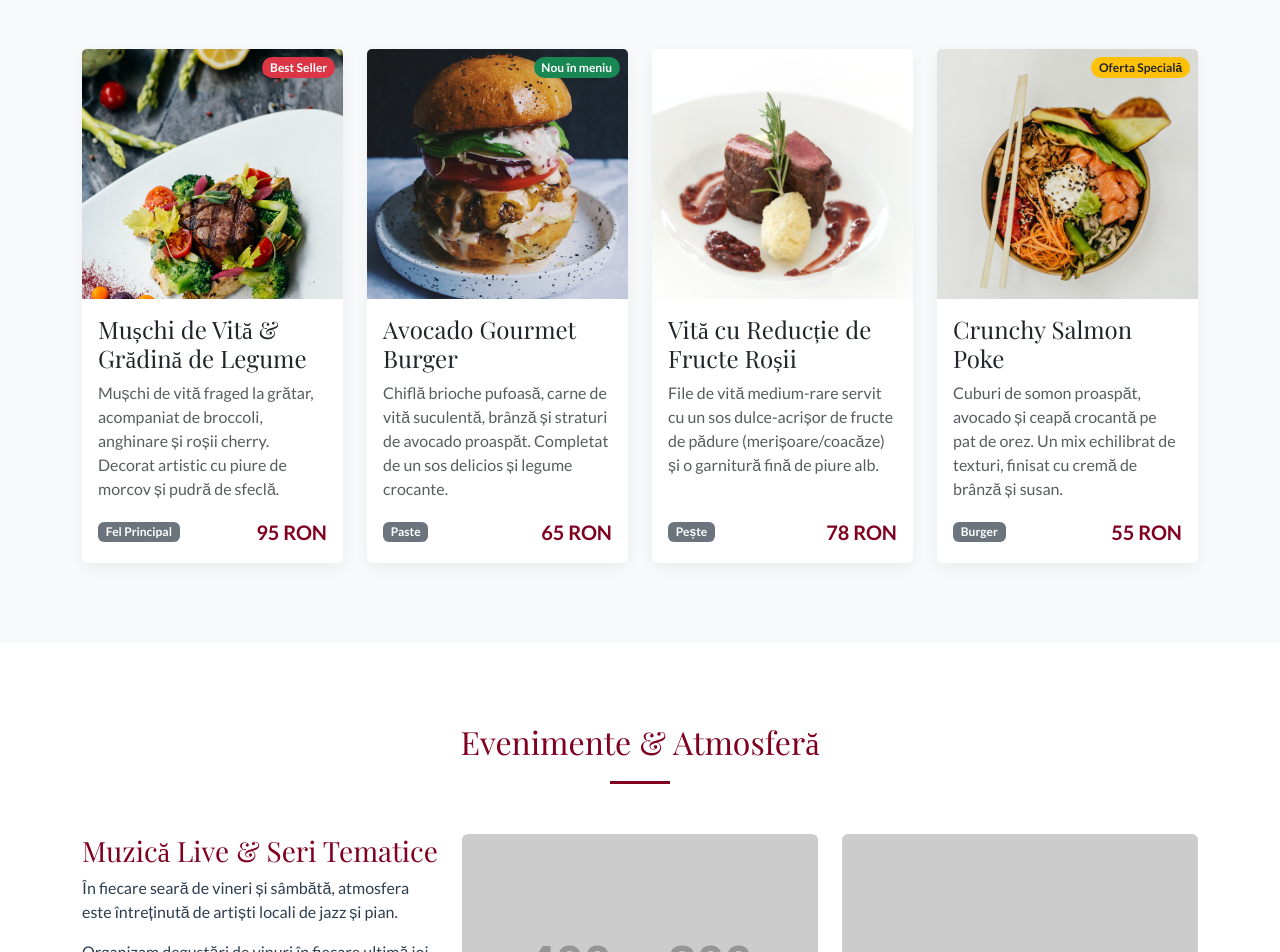
Repository: 912-Comsa-Teodora/bistrot-restaurant
Page: restaurant/index.html
An editor plug-in stored every save of this project. The page is shown before and after the next save, followed by the edit.
The browser window is 1280 px wide. The pictures show the part of the page from y = 1279 to 2231 px (the page is 3102 px tall).
A picture or video elsewhere on the page could not be fetched, so the positions and the page height are approximate.

Above is the page before, as saved 2026-01-17 13:49:53.

After the next save:
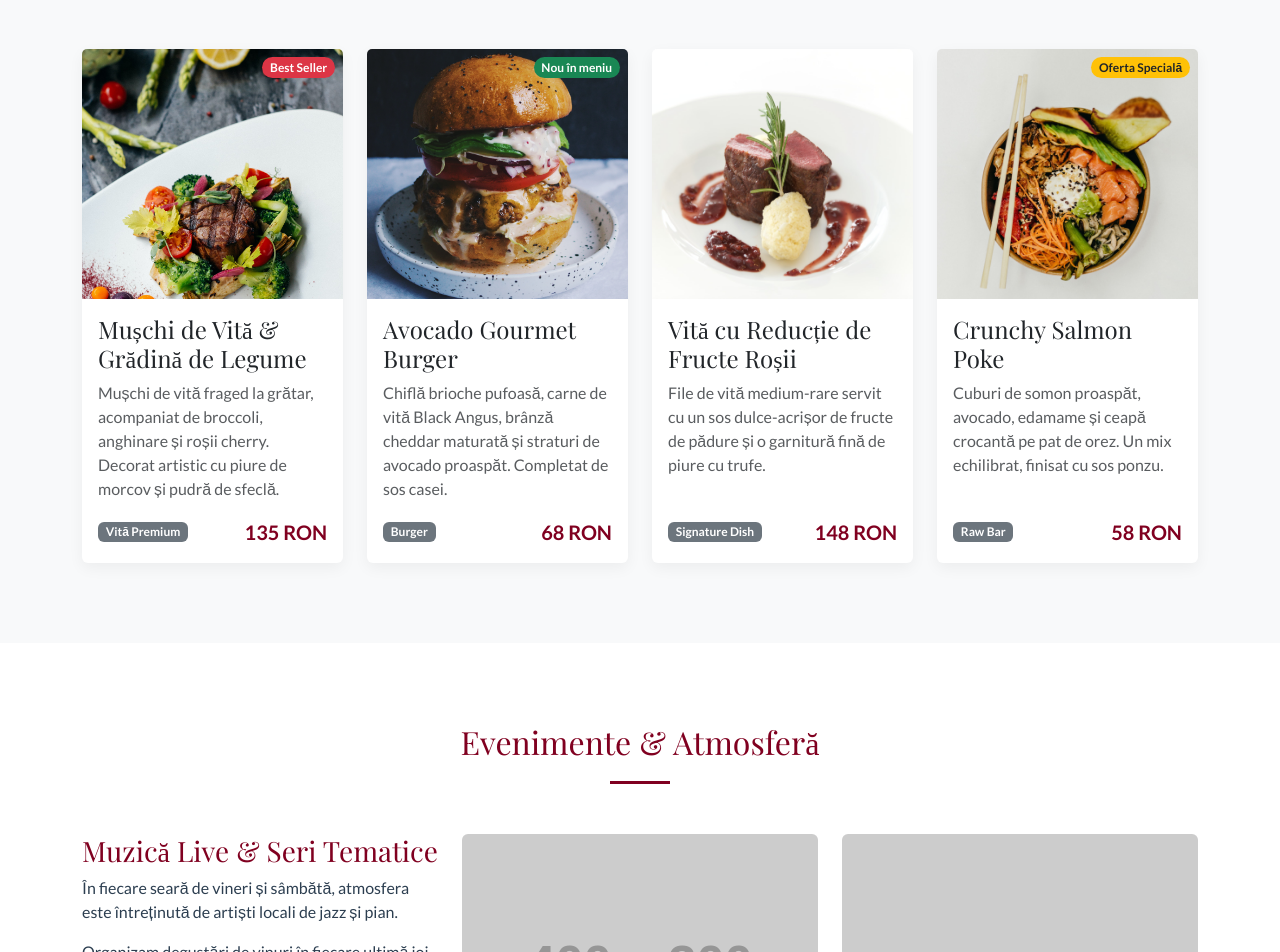
Saved 2 min 14 s later.
--- a/restaurant/index.html
+++ b/restaurant/index.html
@@ -264,8 +264,8 @@
                             <h4 class="card-title">Mușchi de Vită & Grădină de Legume</h4>
                             <p class="card-text text-muted">Mușchi de vită fraged la grătar, acompaniat de broccoli, anghinare și roșii cherry. Decorat artistic cu piure de morcov și pudră de sfeclă.</p>
                             <div class="mt-auto d-flex justify-content-between align-items-center">
-                                <span class="badge bg-secondary">Fel Principal</span>
-                                <span class="price-tag">95 RON</span>
+                                <span class="badge bg-secondary">Vită Premium</span>
+                                <span class="price-tag">135 RON</span>
                             </div>
                         </div>
                     </div>
@@ -276,13 +276,13 @@
                          <span class="position-absolute top-0 end-0 badge rounded-pill bg-success m-2">
                             Nou în meniu
                         </span>
-                        <img src="pictures/avocado-gourmet-burger.jpg" class="card-img-top" alt="Paste proaspete cu trufe negre">
+                        <img src="pictures/avocado-gourmet-burger.jpg" class="card-img-top" alt="Burger Gourmet">
                         <div class="card-body d-flex flex-column">
                             <h4 class="card-title">Avocado Gourmet Burger</h4>
-                            <p class="card-text text-muted">Chiflă brioche pufoasă, carne de vită suculentă, brânză și straturi de avocado proaspăt. Completat de un sos delicios și legume crocante.</p>
+                            <p class="card-text text-muted">Chiflă brioche pufoasă, carne de vită Black Angus, brânză cheddar maturată și straturi de avocado proaspăt. Completat de sos casei.</p>
                             <div class="mt-auto d-flex justify-content-between align-items-center">
-                                <span class="badge bg-secondary">Paste</span>
-                                <span class="price-tag">65 RON</span>
+                                <span class="badge bg-secondary">Burger</span>
+                                <span class="price-tag">68 RON</span>
                             </div>
                         </div>
                     </div>
@@ -290,13 +290,13 @@
 
                 <div class="col-md-6 col-lg-3">
                     <div class="card h-100">
-                        <img src="pictures/vita-cu-fructe-rosii.jpg" class="card-img-top" alt="File de peste cu legume">
+                        <img src="pictures/vita-cu-fructe-rosii.jpg" class="card-img-top" alt="Vita fructe rosii">
                         <div class="card-body d-flex flex-column">
                             <h4 class="card-title">Vită cu Reducție de Fructe Roșii</h4>
-                            <p class="card-text text-muted">File de vită medium-rare servit cu un sos dulce-acrișor de fructe de pădure (merișoare/coacăze) și o garnitură fină de piure alb.</p>
+                            <p class="card-text text-muted">File de vită medium-rare servit cu un sos dulce-acrișor de fructe de pădure și o garnitură fină de piure cu trufe.</p>
                             <div class="mt-auto d-flex justify-content-between align-items-center">
-                                <span class="badge bg-secondary">Pește</span>
-                                <span class="price-tag">78 RON</span>
+                                <span class="badge bg-secondary">Signature Dish</span>
+                                <span class="price-tag">148 RON</span>
                             </div>
                         </div>
                     </div>
@@ -307,13 +307,13 @@
                         <span class="position-absolute top-0 end-0 badge rounded-pill bg-warning text-dark m-2">
                             Oferta Specială
                         </span>
-                        <img src="pictures/salmon-poke.jpg" class="card-img-top" alt="Burger mare cu cartofi prajiti">
+                        <img src="pictures/salmon-poke.jpg" class="card-img-top" alt="Poke Bowl">
                         <div class="card-body d-flex flex-column">
                             <h4 class="card-title">Crunchy Salmon Poke</h4>
-                            <p class="card-text text-muted">Cuburi de somon proaspăt, avocado și ceapă crocantă pe pat de orez. Un mix echilibrat de texturi, finisat cu cremă de brânză și susan.</p>
+                            <p class="card-text text-muted">Cuburi de somon proaspăt, avocado, edamame și ceapă crocantă pe pat de orez. Un mix echilibrat, finisat cu sos ponzu.</p>
                             <div class="mt-auto d-flex justify-content-between align-items-center">
-                                <span class="badge bg-secondary">Burger</span>
-                                <span class="price-tag">55 RON</span>
+                                <span class="badge bg-secondary">Raw Bar</span>
+                                <span class="price-tag">58 RON</span>
                             </div>
                         </div>
                     </div>
